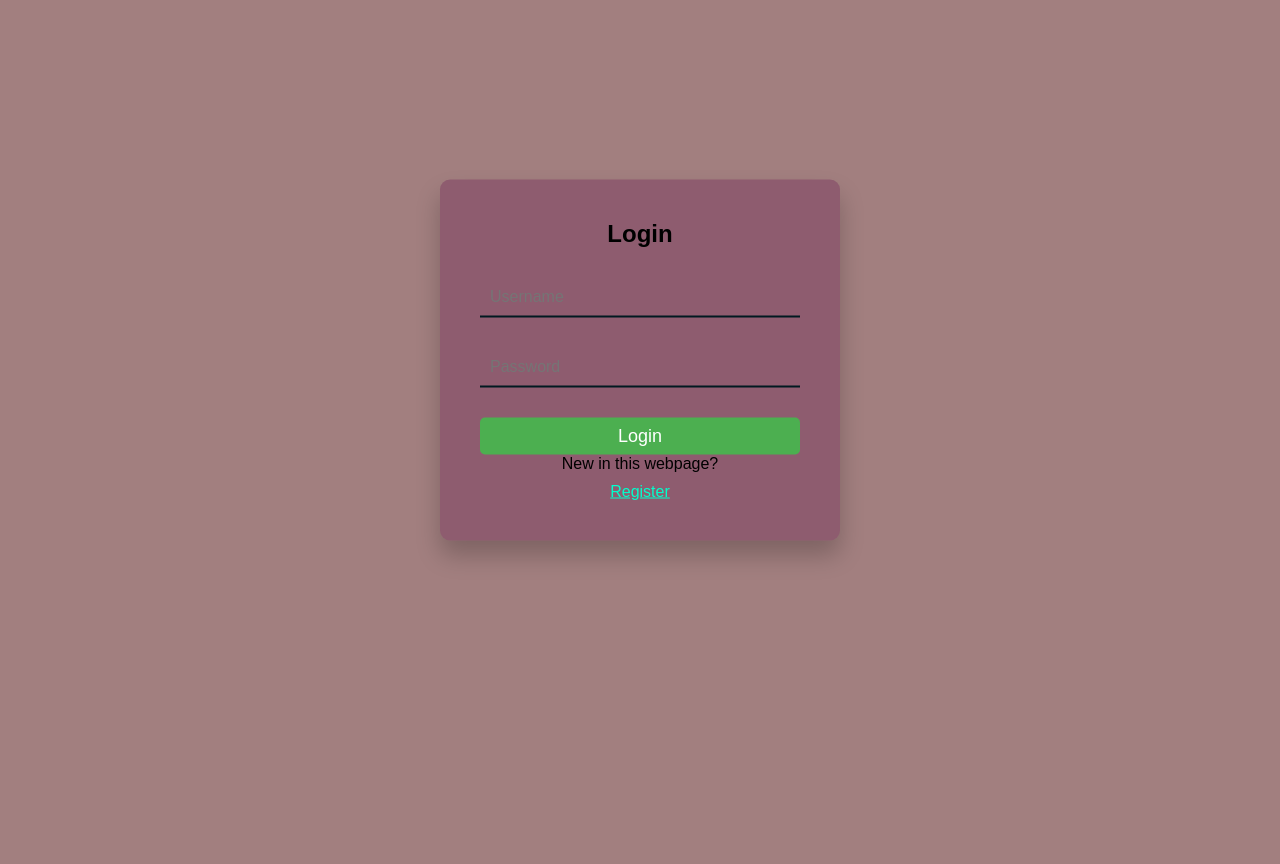
Repository: SRBshakib/Safe-Food---DBMS-project
Page: Organaization/login.html
These files come from the project's save history. The page is drawn as it stood at one moment and after the next save; the edit follows.
The browser window is 1280 px wide. The pictures show the whole page.

Above is the page before, as saved 2024-11-10 22:07:32.

### Organaization/login.html
<!DOCTYPE html>
<html lang="en">
<head>
    <meta charset="UTF-8">
    <meta name="viewport" content="width=device-width, initial-scale=1.0">
    <title>Welcome to our organization</title>
    <link rel="stylesheet" href="style_login.css"> <!-- Link to the CSS file -->
</head>
<body>
    <div class="login-box">
        <h2>Login</h2>
        <form>
            <div class="textbox">
                <input type="text" placeholder="Username" required>
            </div>
            <div class="textbox">
                <input type="password" placeholder="Password" required>
            </div>
            <button type="submit" class="btn">Login</button>
            <p>New in this webpage?</p>
            <p class="register">Register</p>
        </form>
    </div>
</body>
</html>

### Organaization/style_login.css

*{

    margin: 0;
    padding: 0;
    box-sizing: border-box;
    font-family: Arial, sans-serif;
}

body {
    display: flex;
    justify-content: center;
    align-items: center;
    height: 120vh;
    background-color: #46000080;
    color: rgb(0, 0, 0);
}

.login-box {
    position: absolute;
    top: 50%;
    left: 50%;
    width: 400px;
    padding: 40px;
    transform: translate(-50%, -50%);
    background: rgba(94, 7, 72, 0.281);
    box-shadow: 0 15px 25px rgba(0, 0, 0, 0.219);
    border-radius: 10px;
    text-align: center;
}

.login-box h2 {
    margin-bottom: 30px;
}

.textbox {
    position: relative;
    margin-bottom: 30px;
    border-bottom: 2px solid #001920;
}

.textbox input {
    width: 100%;
    padding: 10px;
    font-size: 16px;
    background: none;
    border: none;
    outline: none;
    color: #ffffff;
}

.btn {
    display: inline-block;
    width: 100%;
    padding: 8px;
    background: #4caf50;
    border: none;
    outline: none;
    color: #fff;
    font-size: 18px;
    cursor: pointer;
    border-radius: 5px;
    transition: background 0.3s, box-shadow 0.3s;
}

.btn:hover {
    background: #00eeff;
    box-shadow: 0 0 10px #00b7ff, 0 0 20px #008cff, 0 0 30px #00ffcc;
}

.register {
    color: #00ffcc;
    cursor: pointer;
    margin-top: 10px;
    text-decoration: underline;
}

After the next save:
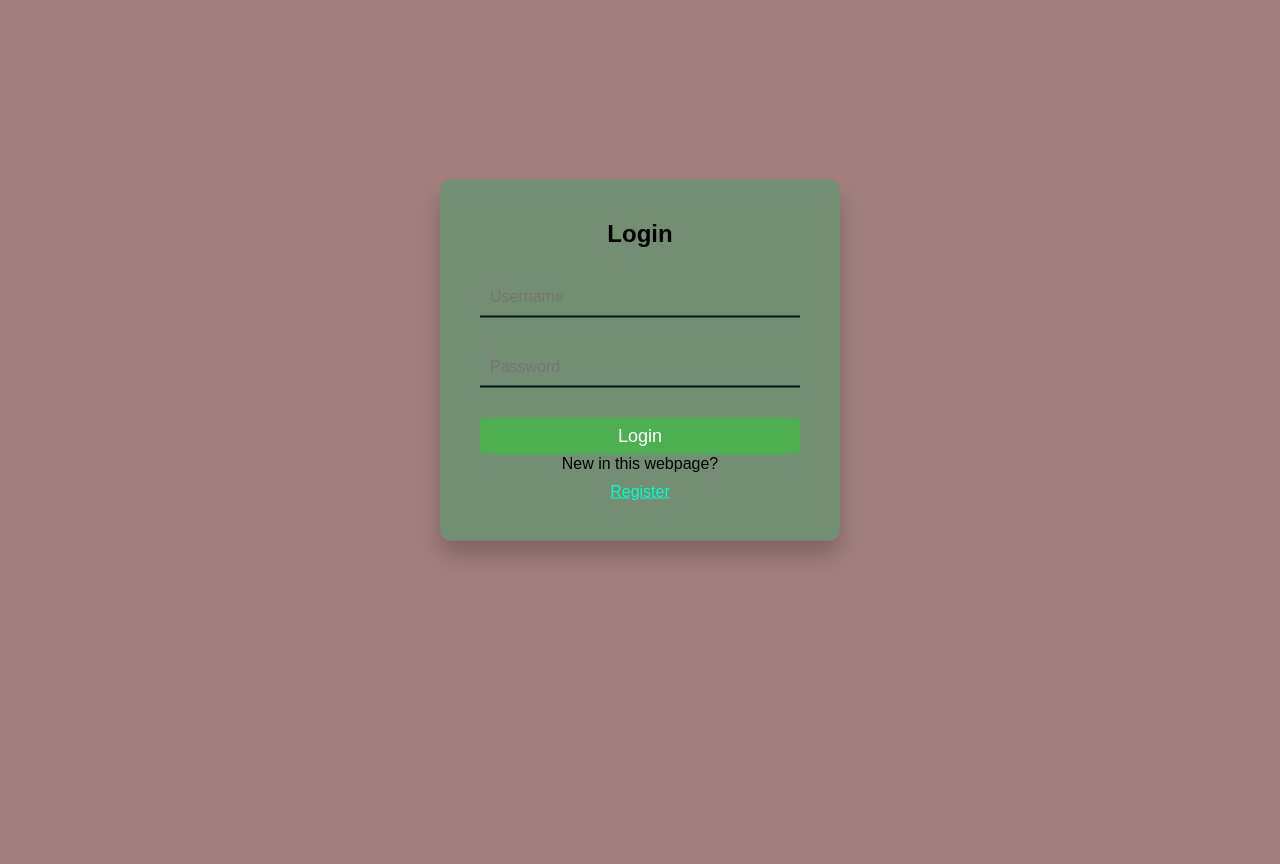
Saved 28 s later.
--- a/Organaization/style_login.css
+++ b/Organaization/style_login.css
@@ -23,7 +23,7 @@ body {
     width: 400px;
     padding: 40px;
     transform: translate(-50%, -50%);
-    background: rgba(94, 7, 72, 0.281);
+    background: rgba(0, 180, 90, 0.281);
     box-shadow: 0 15px 25px rgba(0, 0, 0, 0.219);
     border-radius: 10px;
     text-align: center;
